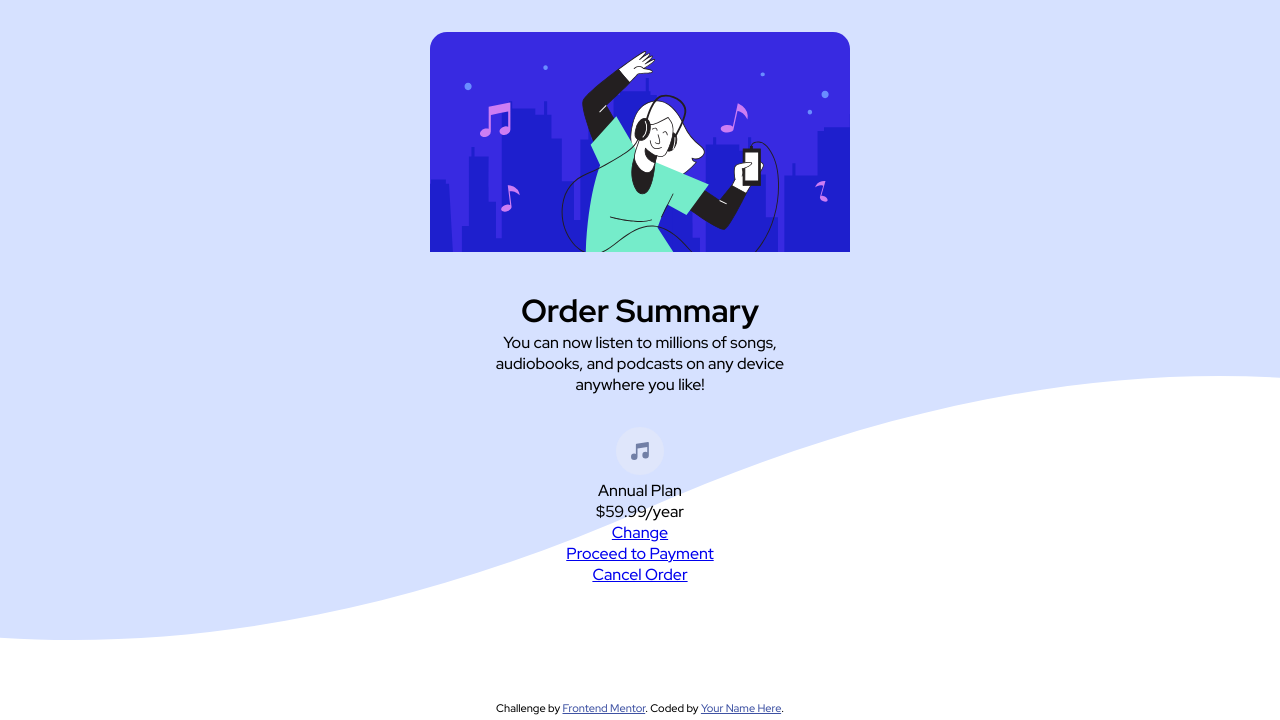
Repository: DejV44/order-summary-frontend
Page: index.html
These files come from the project's save history. The page is drawn as it stood at one moment and after the next save; the edit follows.
The browser window is 1280 px wide. The pictures show the whole page.
The style sheet was rebuilt from its Sass, Less or Tailwind sources for each picture, by a compiler version that may differ from the author's.

Above is the page before, as saved 2021-08-12 20:57:52.

### index.html
<!DOCTYPE html>
<html lang="en">
<head>
  <meta charset="UTF-8">
  <meta name="viewport" content="width=device-width, initial-scale=1.0">
  <link rel="stylesheet" href="css/style.css">

  <link rel="icon" type="image/png" sizes="32x32" href="./images/favicon-32x32.png">

  <title>Frontend Mentor | Order summary card</title>

</head>
<body>
  <div class="container">
    <div class="backgr">
      <img src="/images/illustration-hero.svg" alt="hero">
    </div>
    <div class="content">
      <h1>Order Summary</h1>
      <p>You can now listen to millions of songs, audiobooks, and podcasts on any
      device anywhere you like!</p>
    </div>
    <div class="price_container">
      <div class="annual">
        <img src="/images/icon-music.svg" alt="music">
        <p>Annual Plan</p>
        <p>$59.99/year</p>
      </div>
      <a href="#">Change</a>
    </div>
    <div class="button">
      <a href="#">Proceed to Payment</a>
    </div>
    <div class="cancel_button">
      <a href="#">Cancel Order</a>
    </div>

  </div>

  <div class="attribution">
    Challenge by <a href="https://www.frontendmentor.io?ref=challenge" target="_blank">Frontend Mentor</a>.
    Coded by <a href="#">Your Name Here</a>.
  </div>
</body>
</html>

### css/style.scss
* {
    margin: 0;
    padding: 0;
}
@import url('https://fonts.googleapis.com/css2?family=Red+Hat+Display:wght@500;700;900&display=swap');
@import "variables";
@import "mixins";

body {
    @include body;
    @include fonts;
}

.container {
    @include container;
    @include border;

}
.attribution {
    @include attribution;
}

.content {
    @include content;
}

### css/_variables.scss
// ---COLORS--

$Paleblue: hsl(225, 100%, 94%);
$Brightblue: hsl(245, 75%, 52%);
$VeryPaleBlue: hsl(225, 100%, 98%);
$Desaturatedblue: hsl(224, 41%, 36%);
$DarkBlue: hsl(223, 47%, 23%);

### css/_mixins.scss
@mixin fonts {
    font-family: 'Red Hat Display', sans-serif;
}

@mixin backgroundMob {
    background: url(/images/pattern-background-mobile.svg);
    background-repeat: no-repeat;
    background-size: cover;
    background-position: center;
}

@mixin container {
    max-width: 420px;
    margin: 0 auto;
    text-align: center;
    overflow: hidden;
    @include fonts;
}

@mixin border {
    border-radius: 17px;

}

@mixin attribution {
    position: fixed;
    bottom: 5px;
    font-size: 11px; text-align: center;
    a {
        color: hsl(228, 45%, 44%);
    }
}

@mixin body {
    @include backgroundMob;
    display: flex;
    justify-content: center;
    align-items: center;
    margin: 2rem auto;
}

@mixin content {
    margin: 2rem;
}

After the next save:
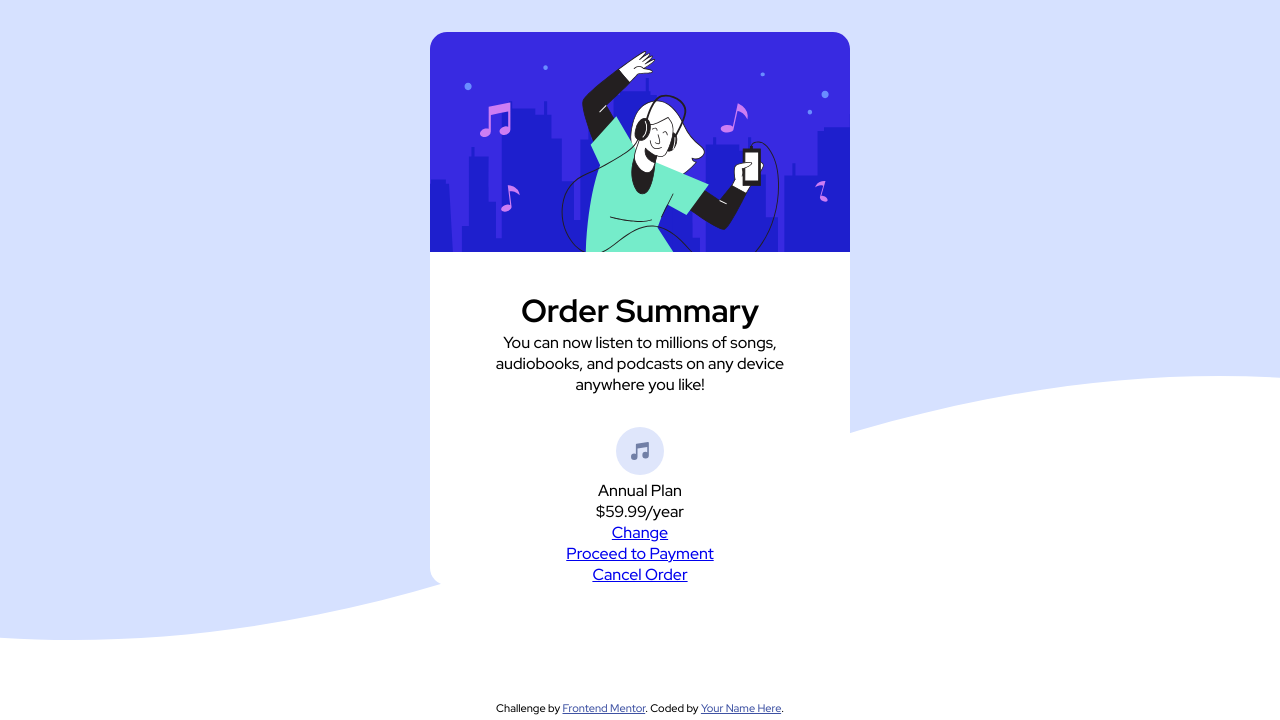
Saved 7 min 37 s later.
--- a/css/_mixins.scss
+++ b/css/_mixins.scss
@@ -15,6 +15,7 @@
     text-align: center;
     overflow: hidden;
     @include fonts;
+    background: white;
 }
 
 @mixin border {
@@ -41,4 +42,5 @@
 
 @mixin content {
     margin: 2rem;
+
 }
